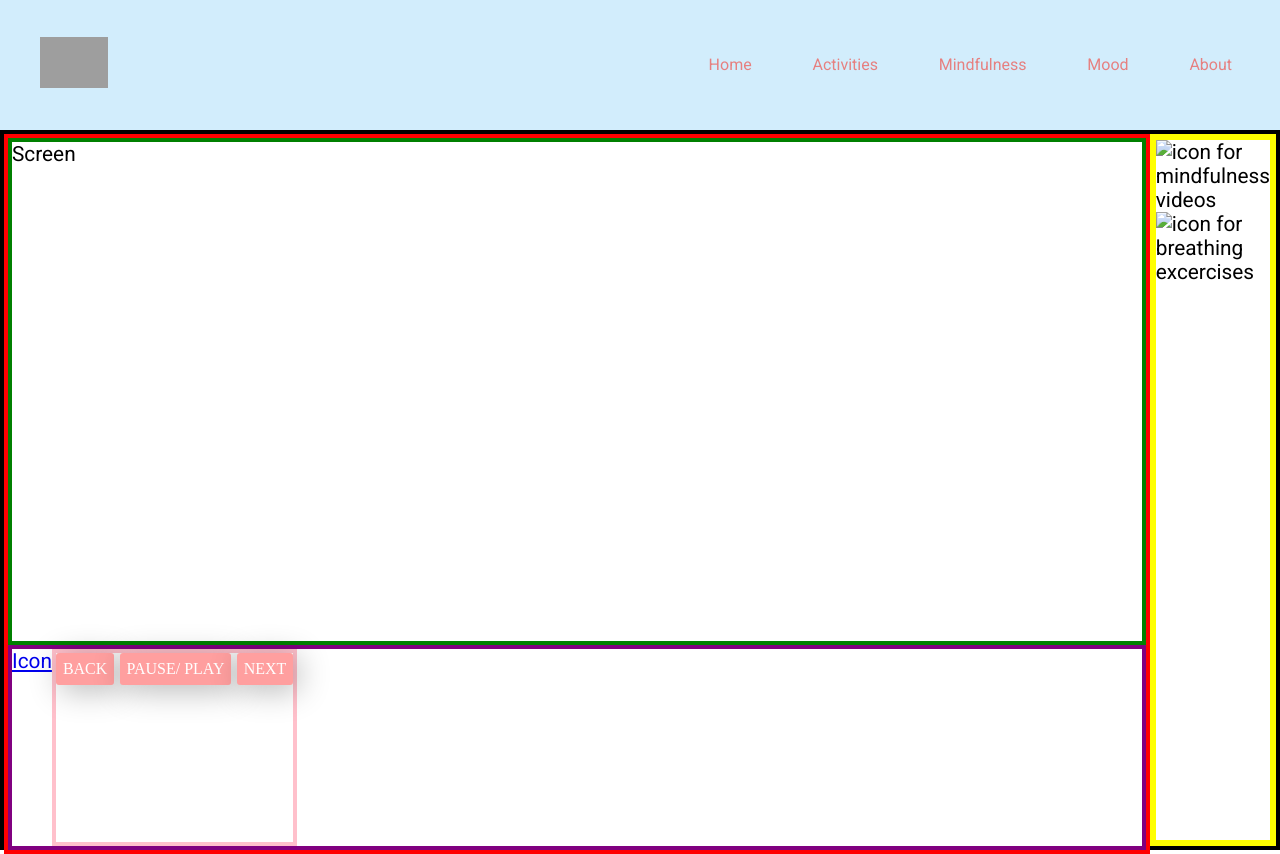
Repository: Nafisa-Huda/HealthierMind
Page: public/mindfulness.html
The author's editor kept a copy of each file at every save. The page is drawn from the files as they stood at one save, then again after the next save.
The browser window is 1280 px wide. The pictures show the whole page.
Pictures or frames that could not be fetched are drawn as grey boxes. Some web fonts or font styles are not loaded; a fallback is used.

Above is the page before, as saved 2022-07-16 13:33:42.

### public/mindfulness.html
<!DOCTYPE html>
<html lang="en">

<head>
    <meta charset="UTF-8">
    <meta http-equiv="X-UA-Compatible" content="IE=edge">
    <meta name="viewport" content="width=device-width, initial-scale=1.0">
    <title>HealthyMind</title>
    <link rel="preconnect" href="https://fonts.googleapis.com">
    <link rel="preconnect" href="https://fonts.gstatic.com" crossorigin>
    <link
        href="https://fonts.googleapis.com/css2?family=Caveat+Brush&family=Fredoka+One&family=Roboto&family=Source+Sans+Pro:wght@300&display=swap"
        rel="stylesheet">
    <link rel="stylesheet" href="https://unpkg.com/swiper@8/swiper-bundle.min.css" />
    <link rel="stylesheet" href="css/mindfulness.css">
</head>

<body>
    <header>
        <div class="container row">
            <a href="index.html"><img class="logo" src="https://i.ibb.co/xLGc6jC/Healthy-Mind-logo.png"
                    alt="healthy-mind-logo"></a>
            <nav class="nav">
                <ul class="nav__list">
                    <li class="nav__item"><a href="index.html" class="nav__link">Home</a></li>
                    <li class="nav__item"><a href="activities.html" class="nav__link">Activities</a></li>
                    <li class="nav__item"><a href="mindfulness.html" class="nav__link">Mindfulness</a></li>
                    <li class="nav__item"><a href="tracker.html" class="nav__link">Mood</a></li>
                    <li class="nav__item"><a href="about.html" class="nav__link">About</a></li>
                </ul>
            </nav>
        </div>
    </header>
    <section>
        <div class="container__video">
            <div class="wrapper">
                <div class="screen"> Screen </div>
                <div class="controls">
                    <span>
                        <a href="parents__info">
                            <!--icon for parents but we'll make it a modal--> Icon
                        </a>
                    </span>
                    <div class="control__panel">
                        <button class="back">back</button>
                        <button class="pauplay"> Pause/ Play </button>
                        <button class="next">Next</button>
                    </div>
                </div>
            </div>
            <div class="sidebar">
                <img src="#" alt="icon for mindfulness videos" />
                <img src="#" alt="icon for breathing excercises" />
            </div>
        </div>
    </section>
    <!-- Slider main container -->
    <!-- <section class="swiper">
    <div class="swiper-wrapper">
      <div class="swiper-slide">Slide 1</div>
      <div class="swiper-slide">Slide 2</div>
      <div class="swiper-slide">Slide 3</div>
    </div>
    <div class="swiper-pagination"></div>
    <div class="swiper-button-prev"></div>
    <div class="swiper-button-next"></div>
</section> -->

    <script src="https://unpkg.com/swiper@8/swiper-bundle.min.js"></script>
    <script src="js/mindfulness.js"></script>
</body>

</html>

### public/css/mindfulness.css
*,
*::before,
*::after {
  box-sizing: border-box;
  margin: 0;
  padding: 0;
}

body {
  max-width: 100%;
  font-family: "Roboto", sans-serif;
  font-size: 1.3rem;
  overflow:hidden;
}
html {
  scroll-behavior: smooth;
  scroll-padding-top: (--scroll-padding, 100px);
}

/*scrollbar*/
::-webkit-scrollbar {
  width: 0.7em;
}
::-webkit-scrollbar-track {
  background: antiquewhite;
}
::-webkit-scrollbar-thumb {
  background: linear-gradient(10deg, #69488a, #f18d8d);
}

header{
  background-color: #d2edfc;
  height: 3%;
}
.container {
  width: 100vw;
  height: 18vh;
  margin: 0 auto;
}
.main {
  height: 100vh;
}

.hero {
  display: flex;
  background-color: #d2edfc;
}
.hero h1 {
  font-family: caveat brush;
  text-align: center;
  margin-top: 0%;
  font-size: 3em;
}

.hero p {
  padding: 0 0.5em;
  margin-top: 0;
  text-align: center;
}

  .hero__text{
    width: 50%;
    margin: 8rem 0 4rem 2rem;
    display: flex;
    flex-direction: column;
    align-items: center;
    justify-content: flex-start;
  }

.row {
  display: flex;
  justify-content: space-between;
  align-items: center;
  width: 100%;
}

.logo {
  width: 15%;
  height: 100%;
  margin-left: 2.5rem;
  margin-right: 1rem;
}

.nav {
    display: flex;
    justify-content: space-between;
    align-items: center;
    max-width: 100%;
}

.nav__list {
  margin: 0;
  list-style: none;
  display: flex;
  align-items: center;
  font-size: 2rem;
}

.nav__item {
  display: flex;
  flex-direction: row;
  padding: 0.8rem;
  padding-right: 3rem;
  /* padding-right: 9rem; */
}
.nav__link {
  text-decoration: none;
  font-size: initial;
  font-weight: 200;
  color: #e68080;
}

.nav__link--button {
  padding: 0.25em 1em;
}

.nav__link:hover {
  opacity: 0.75;
}

.swiper {
    width:60vw;
    height: 70vh;
    margin: 0 auto;
    margin-top: 2rem;
    background-color: rgb(244, 244, 141);
    border-radius: 2rem;
  }
.container__video{
  border: 0.3rem solid black;
  height: 100vh;
  display: flex;
  flex-direction: row;
  width: 100%;
}
.wrapper{
  border: 0.3rem solid red;
  height: 100vh;
  width: 100%;
  display: flex;
  flex-direction: column;
}
.screen{
  border: 0.3rem solid green;
  width: 100%;
  height: 100%;
}
.sidebar{
  border: 0.4rem solid yellow;
  width: 10%;
  display: flex;
  flex-direction: column;
}
.controls{
  border: 0.3rem solid purple;
  width: 100%;
  height: 40%;
  display: flex;

}
.control__panel{
  border: 0.3rem solid pink;
}
.back,.next,.pauplay{
  background: none;
  padding: 1rem 0.5rem 1rem 0.5rem;
  border-radius: 0.75rem;
  padding: 7px;
  font-family: caveat brush;
  text-transform: uppercase;
  background: #ff9f9f;
  color: #fff;
  font-size: medium;
  border: none;
  border-radius: 3px;
  cursor: pointer;
  box-shadow:  0.3rem 0.3rem 2rem rgb(0 0 0 / 30%);
  }

  .btn:hover{
    background:#f99292;
  }
}

Loaded but not shown: public/mindfulness.js (common file)

After the next save:
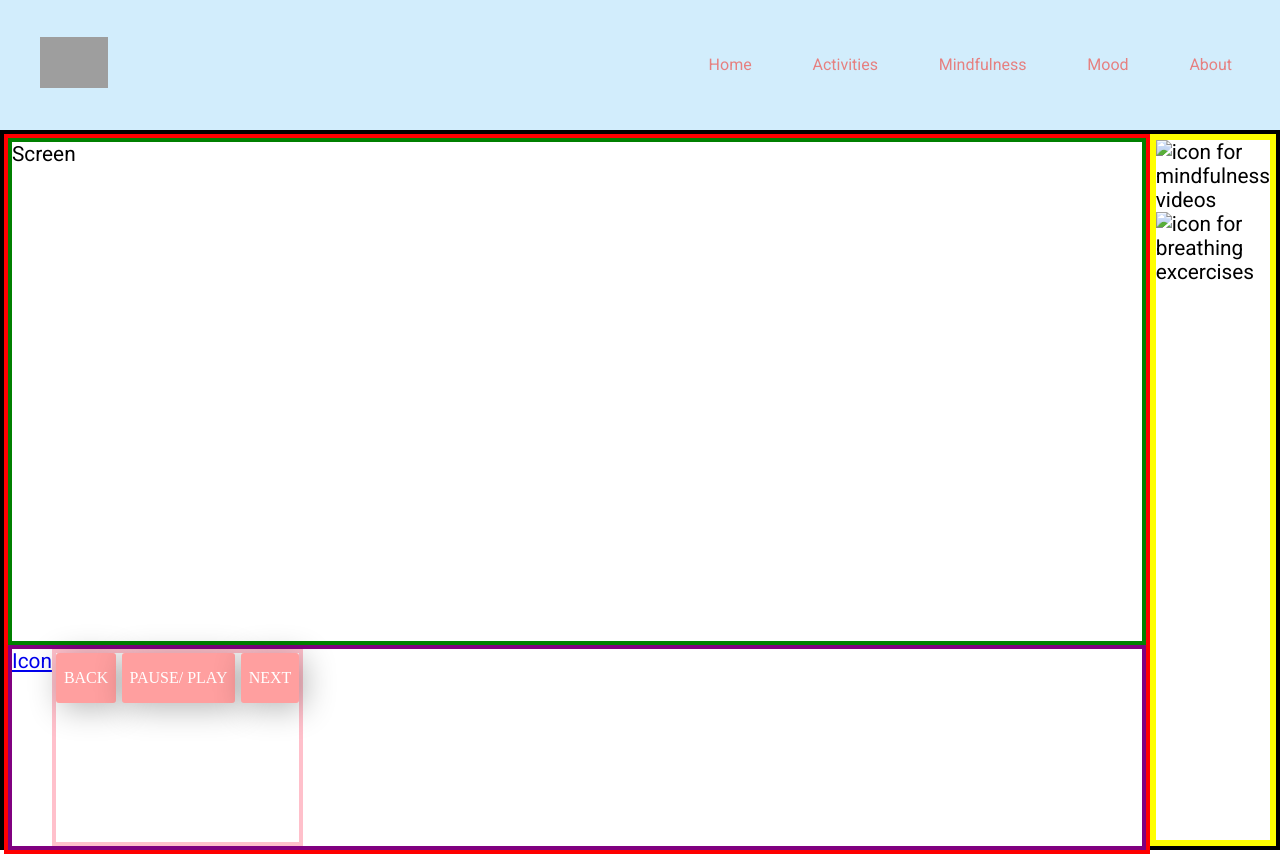
Saved 10 s later.
--- a/public/css/mindfulness.css
+++ b/public/css/mindfulness.css
@@ -165,7 +165,7 @@
   background: none;
   padding: 1rem 0.5rem 1rem 0.5rem;
   border-radius: 0.75rem;
-  padding: 7px;
+  /* padding: 7px; */
   font-family: caveat brush;
   text-transform: uppercase;
   background: #ff9f9f;

After the save that followed:
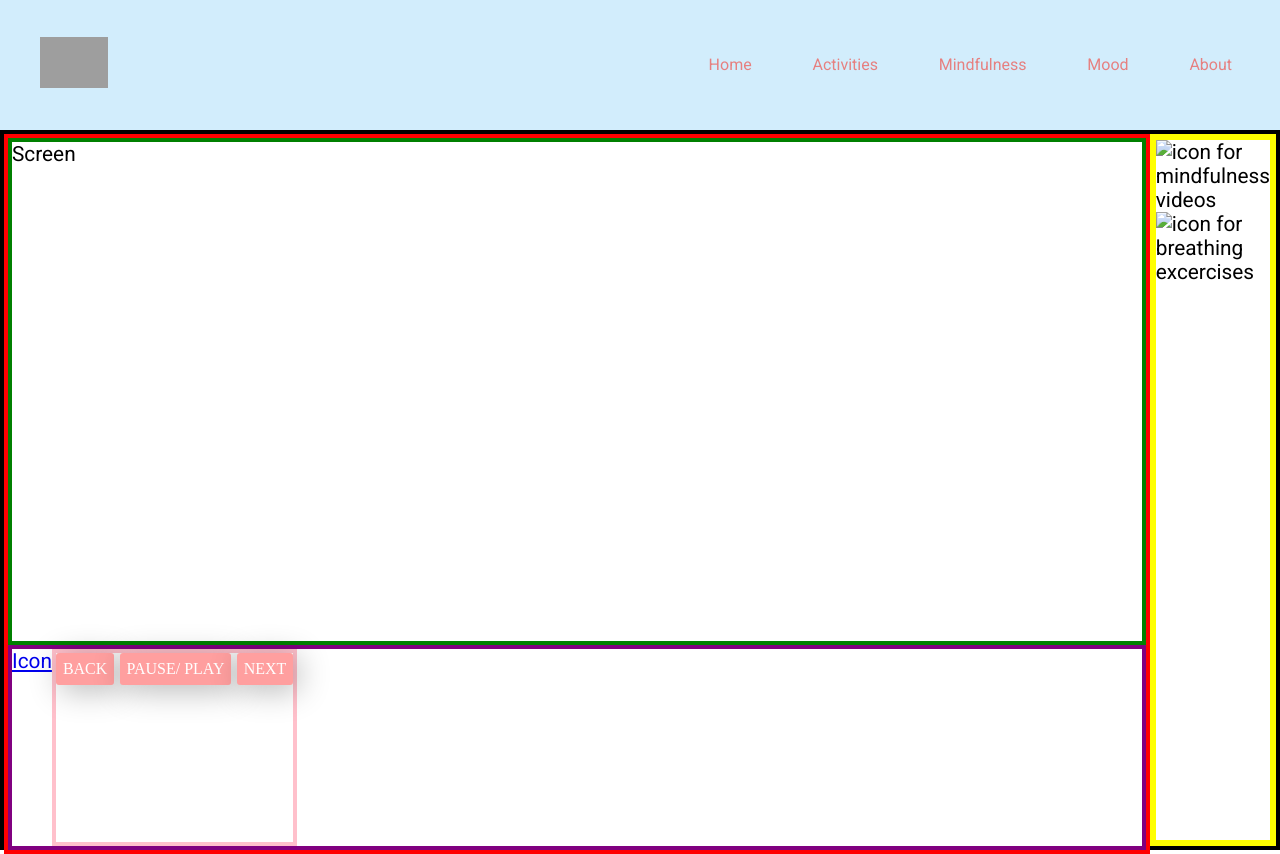
Saved 4 s later.
--- a/public/css/mindfulness.css
+++ b/public/css/mindfulness.css
@@ -165,7 +165,7 @@
   background: none;
   padding: 1rem 0.5rem 1rem 0.5rem;
   border-radius: 0.75rem;
-  /* padding: 7px; */
+  padding: 7px;
   font-family: caveat brush;
   text-transform: uppercase;
   background: #ff9f9f;
